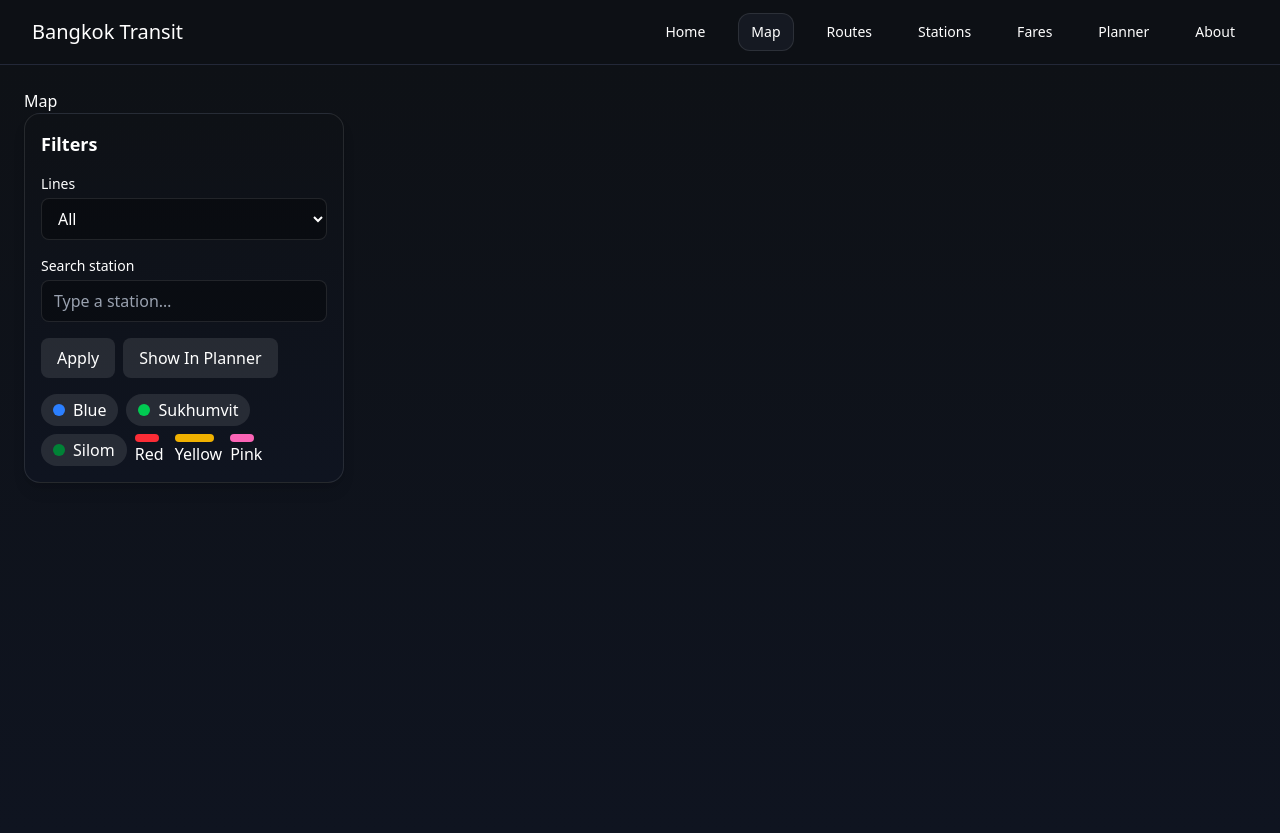
Repository: pyaestk/Bangkok-transit-map
Page: /map
These files come from the project's save history. The page is drawn as it stood at one moment and after the next save; the edit follows.
The browser window is 1280 px wide. The pictures show the whole page.
The project was rebuilt for these pictures with package versions that can differ from the ones it lists, and the page was loaded fresh each time. Also part of the build but not shown: vite.config.ts, src/pages/Home.tsx, src/pages/Planner.tsx, src/pages/Stations.tsx, src/pages/TrainRoutes.tsx, src/pages/Fares.tsx, src/pages/About.tsx.

Above is the page before, as saved 2025-10-04 09:55:21.

### index.html
<!doctype html>
<html lang="en">
  <head>
    <meta charset="UTF-8" />
    <link rel="icon" type="image/svg+xml" href="/vite.svg" />
    <meta name="viewport" content="width=device-width, initial-scale=1.0" />
    <title>bangkok-transit-map</title>
  </head>
  <body>
    <div id="root"></div>
    <script type="module" src="/src/main.tsx"></script>
  </body>
</html>

### src/main.tsx
import { StrictMode } from 'react'
import { createRoot } from 'react-dom/client'
import './index.css'
import App from './App.tsx'
import { BrowserRouter as Router } from 'react-router'

createRoot(document.getElementById('root')!).render(
  <StrictMode>
    <Router>
      <App />
    </Router>
  </StrictMode>,
)

### src/App.tsx
import "./App.css";
import NavBar from "./component/NavBar";
import { Routes, Route } from "react-router-dom";
import Home from "./pages/Home";
import Map from "./pages/Map";
import Planner from "./pages/Planner";
import Stations from "./pages/Stations";
import TrainRoutes from "./pages/TrainRoutes";
import Fares from "./pages/Fares";
import About from "./pages/About";


function App() {
  return (
    <div className="min-h-screen flex flex-col">
      {/* Navbar at the top */}
      <NavBar />

      {/* Main content area */}
      <main className="flex-1 p-6 bg-[linear-gradient(180deg,rgba(14,17,22,1)_0%,rgba(15,20,32,1)_100%)]">
        <Routes>
          <Route
            path="/"
            element={ <Home/> }
          />
          <Route
            path="/map"
            element={ <Map/> }
          />
          <Route
            path="/planner"
            element={ <Planner/>}
          />
          <Route
            path="/routes"
            element={<TrainRoutes/>}
          />
          <Route
            path="/stations"
            element={<Stations/>}
          />
          <Route
            path="/fares"
            element={<Fares/>}
          />
          <Route
            path="/about"
            element={<About/>}
          />
        </Routes>
      </main>
    </div>
  );
}

export default App;

### src/App.css
@import "tailwindcss";

:root {
  background: linear-gradient(180deg, rgba(14,17,22,1) 0%, rgba(15,20,32,1) 100%);
}

### src/component/NavBar.tsx
import { NavLink } from "react-router-dom";
import { useState } from "react";

function NavBar() {
  const [open, setOpen] = useState(false);

  const baseClasses =
    "px-3 py-2 rounded-xl text-sm border border-transparent block text-center";
  const inactiveClasses = "text-white transition-colors";
  const activeClasses = "bg-[#151922] border rounded-[10px] text-white border-white/10";

  const links = [
    { to: "/", label: "Home" },
    { to: "/map", label: "Map" },
    { to: "/routes", label: "Routes" },
    { to: "/stations", label: "Stations" },
    { to: "/fares", label: "Fares" },
    { to: "/planner", label: "Planner" },
    { to: "/about", label: "About" },
  ];

  return (
    <nav className="sticky top-0 z-50 bg-[#0e1116cc] border-b border-[#232838] backdrop-blur-[5px] backdrop-brightness-[100%] [-webkit-backdrop-filter:blur(5px)_brightness(100%)]">
      <div className="max-w-7xl mx-auto px-4 sm:px-6 lg:px-8">
        <div className="flex items-center justify-between h-16">
          {/* Left side (Logo / Brand) */}
          <div className="flex-shrink-0 text-white text-xl">
            Bangkok Transit
          </div>

          {/* Desktop links */}
          <div className="hidden md:flex space-x-5">
            {links.map((l) => (
              <NavLink
                key={l.to}
                to={l.to}
                className={({ isActive }) =>
                  `${baseClasses} ${isActive ? activeClasses : inactiveClasses}`
                }
              >
                {l.label}
              </NavLink>
            ))}
          </div>

          {/* Mobile hamburger button */}
          <div className="md:hidden">
            <button
              aria-label="Toggle menu"
              onClick={() => setOpen((s) => !s)}
              className="inline-flex items-center justify-center p-2 rounded-md text-white hover:bg-white/5 focus:outline-none focus:ring-2 focus:ring-white"
            >
              <span className="sr-only">Open main menu</span>
              {/* Hamburger / X icon */}
              <svg
                className={`h-6 w-6 ${open ? "hidden" : "block"}`}
                xmlns="http://www.w3.org/2000/svg"
                fill="none"
                viewBox="0 0 24 24"
                strokeWidth={2}
                stroke="currentColor"
                aria-hidden="true"
              >
                <path
                  strokeLinecap="round"
                  strokeLinejoin="round"
                  d="M3 6h18M3 12h18M3 18h18"
                />
              </svg>
              <svg
                className={`h-6 w-6 ${open ? "block" : "hidden"}`}
                xmlns="http://www.w3.org/2000/svg"
                fill="none"
                viewBox="0 0 24 24"
                strokeWidth={2}
                stroke="currentColor"
                aria-hidden="true"
              >
                <path
                  strokeLinecap="round"
                  strokeLinejoin="round"
                  d="M6 18L18 6M6 6l12 12"
                />
              </svg>
            </button>
          </div>
        </div>
      </div>

      {/* Mobile menu, shown when open is true */}
      <div className={`md:hidden ${open ? "block" : "hidden"} `}>
        <div className="px-2 pt-2 pb-3 space-y-1">
          {links.map((l) => (
            <NavLink
              key={l.to}
              to={l.to}
              onClick={() => setOpen(false)}
              className={({ isActive }) =>
                `${baseClasses} ${isActive ? activeClasses : inactiveClasses}`
              }
            >
              {l.label}
            </NavLink>
          ))}
        </div>
      </div>
    </nav>
  );
}

export default NavBar;

### src/pages/Map.tsx
import FiltersCard from "../component/FiltersCard";

export default function Map() {
  return (
    <div className="min-h-screen">
      <h1 className="text-white">Map</h1>
      <FiltersCard/>
    </div>
  )
}

### src/component/FiltersCard.tsx
export default function FiltersCard() {
  return (
    <div className="p-4 rounded-2xl bg-[linear-gradient(180deg,rgba(14,17,22,1)_0%,rgba(15,20,32,1)_100%)] border border-white/10 shadow-lg w-80 text-white">
      <h2 className="text-lg font-bold mb-4">Filters</h2>

      {/* Lines */}
      <label className="block text-sm mb-1">Lines</label>
      <select className="w-full px-3 py-2 rounded-lg bg-black/30 border border-white/10 focus:outline-none">
        <option>All</option>
        <option>Blue</option>
        <option>Red</option>
        <option>Yellow</option>
      </select>

      {/* Search station */}
      <label className="block text-sm mt-4 mb-1">Search station</label>
      <input
        type="text"
        placeholder="Type a station…"
        className="w-full px-3 py-2 rounded-lg bg-black/30 border border-white/10 placeholder-gray-400 focus:outline-none"
      />

      {/* Buttons */}
      <div className="flex space-x-2 mt-4">
        <button className="px-4 py-2 rounded-lg bg-white/10 hover:bg-white/20">Apply</button>
        <button className="px-4 py-2 rounded-lg bg-white/10 hover:bg-white/20">Show In Planner</button>
      </div>

      {/* Line Pills */}
      <div className="flex flex-wrap gap-2 mt-4">
        <span className="flex items-center px-3 py-1 rounded-full bg-white/10">
          <span className="w-3 h-3 rounded-full bg-blue-500 mr-2"></span>
          Blue
        </span>
        <span className="flex items-center px-3 py-1 rounded-full bg-white/10">
          <span className="w-3 h-3 rounded-full bg-green-500 mr-2"></span>
          Sukhumvit
        </span>
        <span className="flex items-center px-3 py-1 rounded-full bg-white/10">
          <span className="w-3 h-3 rounded-full bg-green-700 mr-2"></span>
          Silom
        </span>
        <span>
            <span className="flex items-center px-3 py-1 rounded-full bg-red-500 mr-2"></span> Red
        </span>
        <span>
            <span className="flex items-center px-3 py-1 rounded-full bg-yellow-500 mr-2"></span> Yellow
        </span>
        <span>
            <span className="flex items-center px-3 py-1 rounded-full bg-pink-400 mr-2"></span> Pink
        </span>
      </div>
    </div>
  )
}

Loaded but not shown: src/index.css (common file)

After the next save:
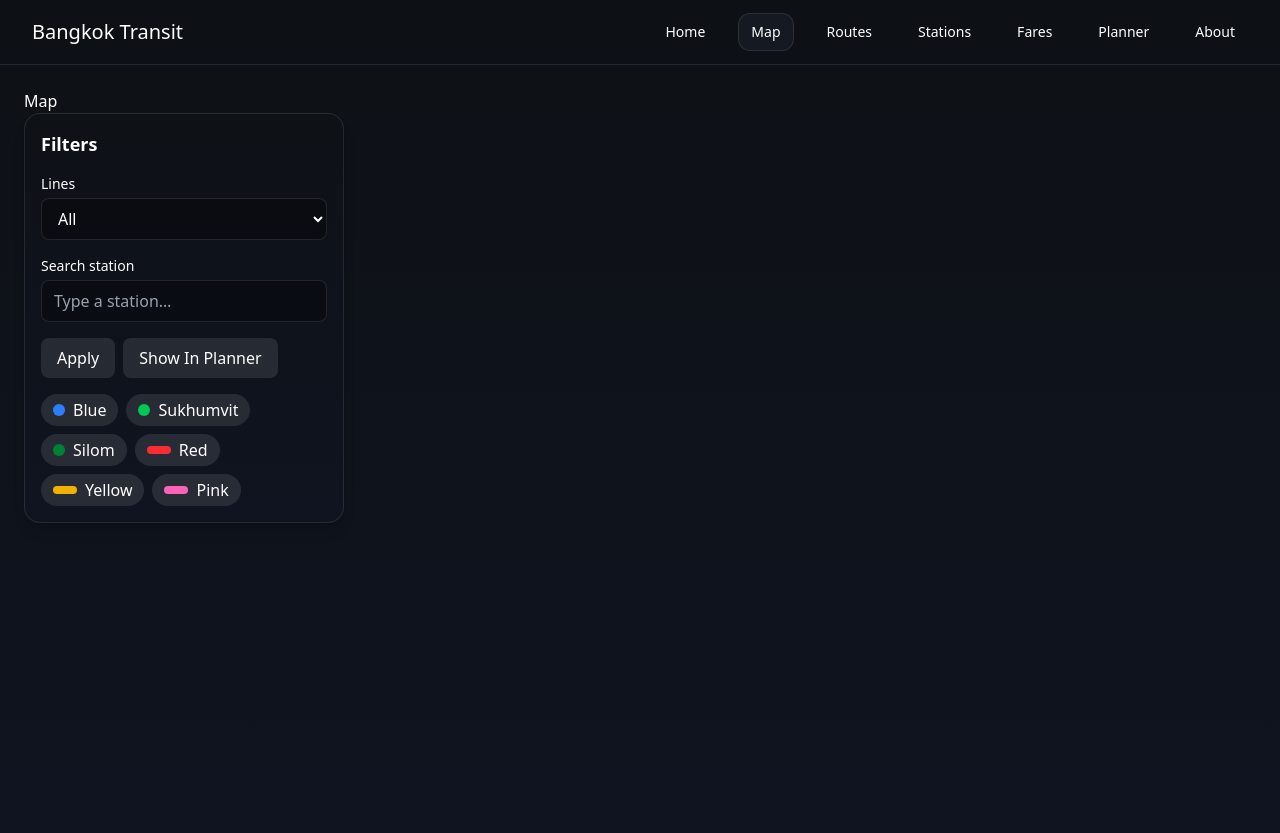
Saved 42 s later.
--- a/src/component/FiltersCard.tsx
+++ b/src/component/FiltersCard.tsx
@@ -40,13 +40,13 @@ export default function FiltersCard() {
           <span className="w-3 h-3 rounded-full bg-green-700 mr-2"></span>
           Silom
         </span>
-        <span>
+        <span className="flex items-center px-3 py-1 rounded-full bg-white/10">
             <span className="flex items-center px-3 py-1 rounded-full bg-red-500 mr-2"></span> Red
         </span>
-        <span>
+        <span className="flex items-center px-3 py-1 rounded-full bg-white/10">
             <span className="flex items-center px-3 py-1 rounded-full bg-yellow-500 mr-2"></span> Yellow
         </span>
-        <span>
+        <span className="flex items-center px-3 py-1 rounded-full bg-white/10">
             <span className="flex items-center px-3 py-1 rounded-full bg-pink-400 mr-2"></span> Pink
         </span>
       </div>
